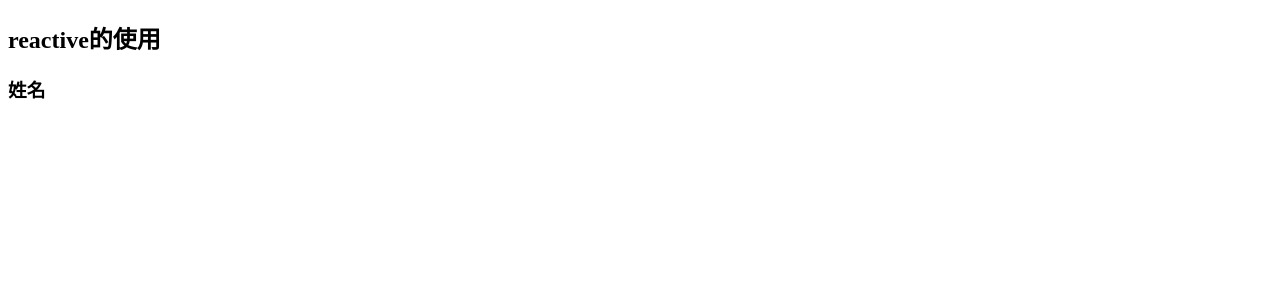
Repository: zhuhongxiang/Vue3.0-TSLeaning
Page: / (app in 04_Vue3/vue3_learning/)
The author's editor kept a copy of each file at every save. The page is drawn from the files as they stood at one save, then again after the next save.
The browser window is 1280 px wide. The pictures show the whole page.
The project was rebuilt for these pictures with package versions that can differ from the ones it lists, and the page was loaded fresh each time.

Above is the page before, as saved 2021-07-25 19:29:50.

### 04_Vue3/vue3_learning/src/main.ts
// 程序的主入口文件，ts文件，是main.ts
// 引入createApp函数，创建对应的应用产生应用的实例对象
import { createApp } from 'vue'
// 引入App组件（所有组件的父级组件）
import App from './App.vue'
// 创建App应用返回对应的实例对象，调用mount方法进行挂载
createApp(App).mount('#app')

### 04_Vue3/vue3_learning/src/App.vue
<template>
  <h2>reactive的使用</h2>
  <h3>姓名</h3>
</template>
<script lang="ts">
import { defineComponent, reactive } from "vue";

export default defineComponent({
  name: "App",
  // 需求：显示用户的相关信息，点击按钮，可以更新用户的相关信息数据

  /**
   * 作用: 定义多个数据的响应式
   * const proxy = reactive(obj): 接收一个普通对象然后返回该普通对象的响应式代理器对象
   * 响应式转换是“深层的”：会影响对象内部所有嵌套的属性
   * 内部基于 ES6 的 Proxy 实现，通过代理对象操作源对象内部数据都是响应式的
   */
  setup() {
    const user = reactive({
      name: "zhu",
      age: 24,
      wife: {
        name: "莉莉",
        age: 18,
        cars: ["奔驰", "宝马"],
      },
    });
    return {
      user,
    };
  },
});
</script>

Loaded but not shown: 04_Vue3/vue3_learning/public/index.html (common file)

After the next save:
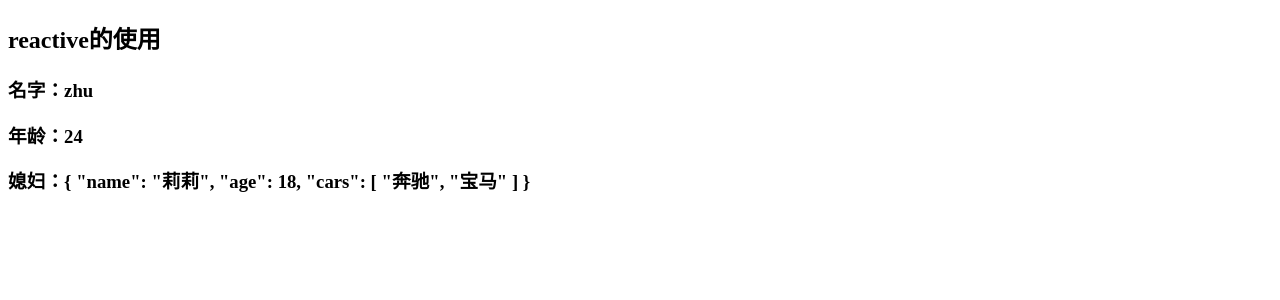
Saved 58 s later.
--- a/04_Vue3/vue3_learning/src/App.vue
+++ b/04_Vue3/vue3_learning/src/App.vue
@@ -1,6 +1,8 @@
 <template>
   <h2>reactive的使用</h2>
-  <h3>姓名</h3>
+  <h3>名字：{{ user.name }}</h3>
+  <h3>年龄：{{ user.age }}</h3>
+  <h3>媳妇：{{ user.wife }}</h3>
 </template>
 <script lang="ts">
 import { defineComponent, reactive } from "vue";
